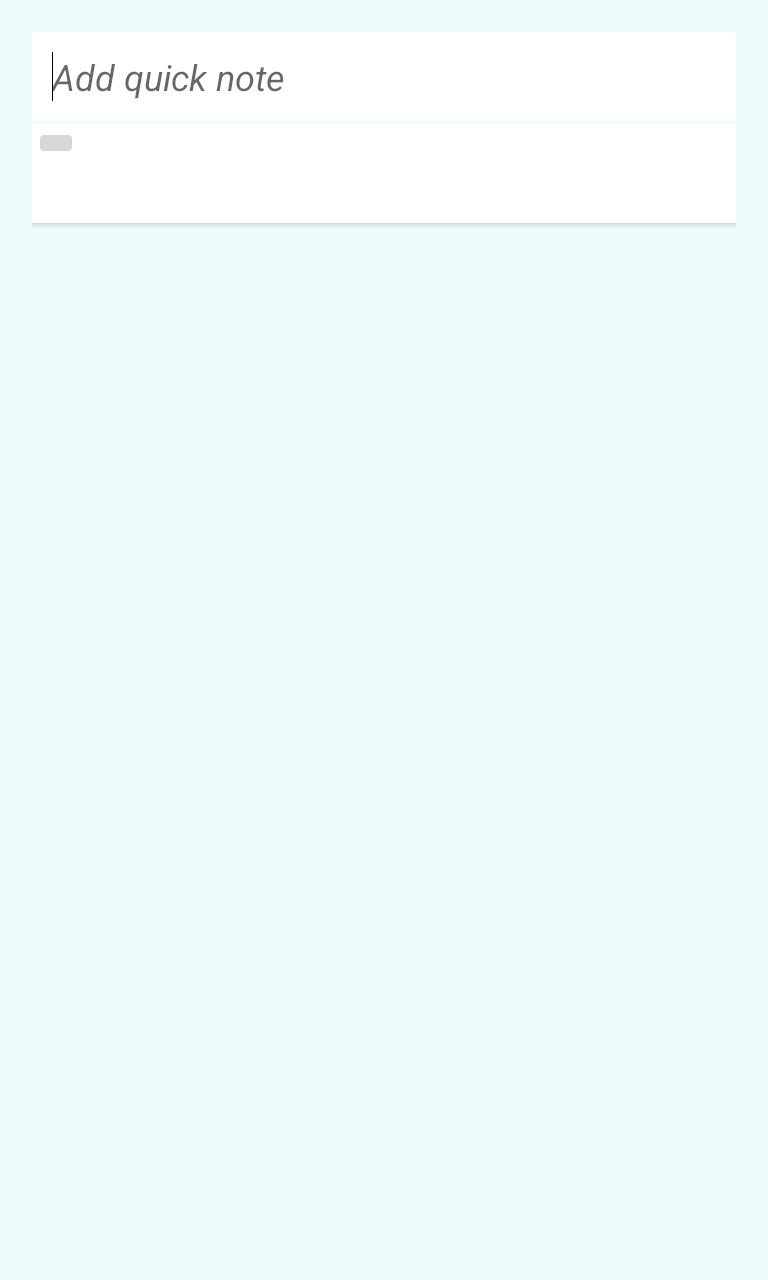
Repository: ishwormali/practices
Layout: Android/GoogleKeep/GoogleKeep/res/layout/fragment_main.xml
An editor plug-in stored every save of this project. The layout is shown before and after the next save, followed by the edit.
It is drawn on a 768 x 1280 px phone screen (xhdpi) without system bars, with theme Theme.Orangeboom; the app's code is not run. The app's manifest (not shown) leaves right-to-left support off. So textAlignment, textDirection and layoutDirection are ignored, and left and right values win over start and end ones.

Above is the layout before, as saved 2014-04-01 07:23:57.

### Android/GoogleKeep/GoogleKeep/res/layout/fragment_main.xml
<RelativeLayout xmlns:android="http://schemas.android.com/apk/res/android"
    xmlns:tools="http://schemas.android.com/tools"
    android:layout_width="match_parent"
    android:layout_height="match_parent"
    android:paddingBottom="@dimen/activity_vertical_margin"
    android:paddingLeft="@dimen/activity_horizontal_margin"
    android:paddingRight="@dimen/activity_horizontal_margin"
    android:paddingTop="@dimen/activity_vertical_margin"
    tools:context="com.practices.googlekeep.MainActivity$PlaceholderFragment"
    android:background="@color/main_background"
      >

    <LinearLayout
        android:layout_width="match_parent"
        android:layout_height="wrap_content"
        android:layout_alignParentTop="true"
        android:layout_centerHorizontal="true"
        android:background="@drawable/area_container"
        android:orientation="vertical" >

        <EditText
            android:id="@+id/text_quicknote"
            android:layout_width="match_parent"
            android:layout_height="wrap_content"
            android:ems="10"  android:hint="@string/add_quick_note"
            android:background="@drawable/edit_box"
            android:textColor="@android:color/black"
android:textCursorDrawable="@null" android:padding="10dp"
             >

            <requestFocus />
        </EditText>
        <View
android:layout_width="fill_parent"
android:layout_height="1dip"
android:background="@color/main_background" />


        <LinearLayout android:layout_width="fill_parent"
            android:layout_height="50dp"
             >
            <ImageButton android:layout_width="wrap_content"
                android:layout_height="wrap_content"
                android:drawableStart="@drawable/ico_linedpaper32"
                />
        </LinearLayout>

         <View
    android:id="@+id/divider"
    android:background="@drawable/drop_shadow"
    android:layout_width="match_parent"
    android:layout_height="3sp"
     />
    </LinearLayout>

</RelativeLayout>

### Android/GoogleKeep/GoogleKeep/res/values-v14/themes.xml
<?xml version="1.0" encoding="utf-8"?>
<!-- File created by the Android Action Bar Style Generator

     Copyright (C) 2011 The Android Open Source Project
     Copyright (C) 2012 readyState Software Ltd

     Licensed under the Apache License, Version 2.0 (the "License");
     you may not use this file except in compliance with the License.
     You may obtain a copy of the License at

          http://www.apache.org/licenses/LICENSE-2.0

     Unless required by applicable law or agreed to in writing, software
     distributed under the License is distributed on an "AS IS" BASIS,
     WITHOUT WARRANTIES OR CONDITIONS OF ANY KIND, either express or implied.
     See the License for the specific language governing permissions and
     limitations under the License.
-->

<resources xmlns:android="http://schemas.android.com/apk/res/android">

    <style name="Theme.Orangeboom" parent="@style/Theme.AppCompat.Light">
        <item name="android:actionBarItemBackground">@drawable/selectable_background_orangeboom</item>
        <item name="android:popupMenuStyle">@style/PopupMenu.Orangeboom</item>
        <item name="android:dropDownListViewStyle">@style/DropDownListView.Orangeboom</item>
        <item name="android:actionBarTabStyle">@style/ActionBarTabStyle.Orangeboom</item>
        <item name="android:actionDropDownStyle">@style/DropDownNav.Orangeboom</item>
        <item name="android:actionBarStyle">@style/ActionBar.Solid.Orangeboom</item>
        <item name="android:actionModeBackground">@drawable/cab_background_top_orangeboom</item>
        <item name="android:actionModeSplitBackground">@drawable/cab_background_bottom_orangeboom</item>
        <item name="android:actionModeCloseButtonStyle">@style/ActionButton.CloseMode.Orangeboom</item>
         <item name="actionMenuTextColor">@android:color/white</item>

    </style>

    <style name="ActionBar.Solid.Orangeboom" parent="@style/Widget.AppCompat.Light.ActionBar.Solid">
        <item name="android:background">@drawable/ab_solid_orangeboom</item>
        <item name="android:backgroundStacked">@drawable/ab_stacked_solid_orangeboom</item>
        <item name="android:backgroundSplit">@drawable/ab_bottom_solid_orangeboom</item>
        <item name="android:progressBarStyle">@style/ProgressBar.Orangeboom</item>
       <item name="android:titleTextStyle">@style/ActionBar.TextStyle.Orangeboom</item>
<!--        <item name="android:logo">@drawable/text_x_todo</item> -->
    </style>

    <style name="ActionBar.TextStyle.Orangeboom"
           parent="@style/TextAppearance.AppCompat.Widget.ActionBar.Title">
        <item name="android:textColor">@android:color/white</item>
    </style>

    <style name="ActionBar.Transparent.Orangeboom" parent="@style/Widget.AppCompat.Light.ActionBar">
        <item name="android:background">@drawable/ab_transparent_orangeboom</item>
        <item name="android:progressBarStyle">@style/ProgressBar.Orangeboom</item>
    </style>

    <!-- this style is only referenced in a Light.DarkActionBar based theme -->
    <style name="Theme.Orangeboom.Widget" parent="@style/Theme.AppCompat">
        <item name="android:popupMenuStyle">@style/PopupMenu.Orangeboom</item>
        <item name="android:dropDownListViewStyle">@style/DropDownListView.Orangeboom</item>
    </style>

</resources>

### Android/GoogleKeep/GoogleKeep/res/values/themes.xml
<?xml version="1.0" encoding="utf-8"?>
<!-- File created by the Android Action Bar Style Generator

     Copyright (C) 2011 The Android Open Source Project
     Copyright (C) 2012 readyState Software Ltd

     Licensed under the Apache License, Version 2.0 (the "License");
     you may not use this file except in compliance with the License.
     You may obtain a copy of the License at

          http://www.apache.org/licenses/LICENSE-2.0

     Unless required by applicable law or agreed to in writing, software
     distributed under the License is distributed on an "AS IS" BASIS,
     WITHOUT WARRANTIES OR CONDITIONS OF ANY KIND, either express or implied.
     See the License for the specific language governing permissions and
     limitations under the License.
-->

<resources xmlns:android="http://schemas.android.com/apk/res/android">

    <style name="Theme.Orangeboom" parent="@style/Theme.AppCompat.Light">
        <item name="actionBarItemBackground">@drawable/selectable_background_orangeboom</item>
        <item name="popupMenuStyle">@style/PopupMenu.Orangeboom</item>
        <item name="dropDownListViewStyle">@style/DropDownListView.Orangeboom</item>
        <item name="actionBarTabStyle">@style/ActionBarTabStyle.Orangeboom</item>
        <item name="actionDropDownStyle">@style/DropDownNav.Orangeboom</item>
        <item name="actionBarStyle">@style/ActionBar.Solid.Orangeboom</item>
        <item name="actionModeBackground">@drawable/cab_background_top_orangeboom</item>
        <item name="actionModeSplitBackground">@drawable/cab_background_bottom_orangeboom</item>
        <item name="actionModeCloseButtonStyle">@style/ActionButton.CloseMode.Orangeboom</item>
 <item name="actionMenuTextColor">@android:color/white</item>


    </style>

    <style name="ActionBar.Solid.Orangeboom" parent="@style/Widget.AppCompat.Light.ActionBar.Solid">
        <item name="background">@drawable/ab_solid_orangeboom</item>
        <item name="backgroundStacked">@drawable/ab_stacked_solid_orangeboom</item>
        <item name="backgroundSplit">@drawable/ab_bottom_solid_orangeboom</item>
        <item name="progressBarStyle">@style/ProgressBar.Orangeboom</item>
         <item name="titleTextStyle">@style/ActionBar.TextStyle.Orangeboom</item>
<!--          <item name="logo">@drawable/text_x_todo</item> -->
    </style>

     <style name="ActionBar.TextStyle.Orangeboom"
           parent="@style/TextAppearance.AppCompat.Widget.ActionBar.Title">
        <item name="android:textColor">@android:color/white</item>
    </style>

    <style name="ActionBar.Transparent.Orangeboom" parent="@style/Widget.AppCompat.Light.ActionBar">
        <item name="background">@drawable/ab_transparent_orangeboom</item>
        <item name="progressBarStyle">@style/ProgressBar.Orangeboom</item>
    </style>

    <style name="PopupMenu.Orangeboom" parent="@style/Widget.AppCompat.Light.PopupMenu">
        <item name="android:popupBackground">@drawable/menu_dropdown_panel_orangeboom</item>
    </style>

    <style name="DropDownListView.Orangeboom" parent="@style/Widget.AppCompat.Light.ListView.DropDown">
        <item name="android:listSelector">@drawable/selectable_background_orangeboom</item>
    </style>

    <style name="ActionBarTabStyle.Orangeboom" parent="@style/Widget.AppCompat.Light.ActionBar.TabView">
        <item name="android:background">@drawable/tab_indicator_ab_orangeboom</item>
        <item name="android:textColor">@android:color/white</item>
    </style>

    <style name="DropDownNav.Orangeboom" parent="@style/Widget.AppCompat.Light.Spinner.DropDown.ActionBar">
        <item name="android:background">@drawable/spinner_background_ab_orangeboom</item>
        <item name="android:popupBackground">@drawable/menu_dropdown_panel_orangeboom</item>
        <item name="android:dropDownSelector">@drawable/selectable_background_orangeboom</item>
    </style>

    <style name="ProgressBar.Orangeboom" parent="@style/Widget.AppCompat.ProgressBar.Horizontal">
        <item name="android:progressDrawable">@drawable/progress_horizontal_orangeboom</item>
    </style>

    <style name="ActionButton.CloseMode.Orangeboom" parent="@style/Widget.AppCompat.Light.ActionButton.CloseMode">
        <item name="android:background">@drawable/btn_cab_done_orangeboom</item>
    </style>

    <!-- this style is only referenced in a Light.DarkActionBar based theme -->
    <style name="Theme.Orangeboom.Widget" parent="@style/Theme.AppCompat">
        <item name="popupMenuStyle">@style/PopupMenu.Orangeboom</item>
        <item name="dropDownListViewStyle">@style/DropDownListView.Orangeboom</item>
    </style>

</resources>

### Android/GoogleKeep/GoogleKeep/res/drawable/selectable_background_orangeboom.xml
<?xml version="1.0" encoding="utf-8"?>
<!-- File created by the Android Action Bar Style Generator

     Copyright (C) 2011 The Android Open Source Project
     Copyright (C) 2012 readyState Software Ltd

     Licensed under the Apache License, Version 2.0 (the "License");
     you may not use this file except in compliance with the License.
     You may obtain a copy of the License at

          http://www.apache.org/licenses/LICENSE-2.0

     Unless required by applicable law or agreed to in writing, software
     distributed under the License is distributed on an "AS IS" BASIS,
     WITHOUT WARRANTIES OR CONDITIONS OF ANY KIND, either express or implied.
     See the License for the specific language governing permissions and
     limitations under the License.
-->

<selector xmlns:android="http://schemas.android.com/apk/res/android"
        android:exitFadeDuration="@android:integer/config_mediumAnimTime" >
    <item android:state_pressed="false" android:state_focused="true" android:drawable="@drawable/list_focused_orangeboom" />
    <item android:state_pressed="true" android:drawable="@drawable/list_pressed_orangeboom" />
    <item android:drawable="@android:color/transparent" />
</selector>

### Android/GoogleKeep/GoogleKeep/res/drawable/btn_cab_done_orangeboom.xml
<?xml version="1.0" encoding="utf-8"?>
<!-- File created by the Android Action Bar Style Generator

     Copyright (C) 2011 The Android Open Source Project
     Copyright (C) 2012 readyState Software Ltd

     Licensed under the Apache License, Version 2.0 (the "License");
     you may not use this file except in compliance with the License.
     You may obtain a copy of the License at

          http://www.apache.org/licenses/LICENSE-2.0

     Unless required by applicable law or agreed to in writing, software
     distributed under the License is distributed on an "AS IS" BASIS,
     WITHOUT WARRANTIES OR CONDITIONS OF ANY KIND, either express or implied.
     See the License for the specific language governing permissions and
     limitations under the License.
-->

<selector xmlns:android="http://schemas.android.com/apk/res/android">
    <item android:state_pressed="true"
        android:drawable="@drawable/btn_cab_done_pressed_orangeboom" />
    <item android:state_focused="true" android:state_enabled="true"
        android:drawable="@drawable/btn_cab_done_focused_orangeboom" />
    <item android:state_enabled="true"
        android:drawable="@drawable/btn_cab_done_default_orangeboom" />
</selector>

### Android/GoogleKeep/GoogleKeep/res/drawable/progress_horizontal_orangeboom.xml
<?xml version="1.0" encoding="utf-8"?>
<!-- File created by the Android Action Bar Style Generator

     Copyright (C) 2011 The Android Open Source Project
     Copyright (C) 2012 readyState Software Ltd

     Licensed under the Apache License, Version 2.0 (the "License");
     you may not use this file except in compliance with the License.
     You may obtain a copy of the License at

          http://www.apache.org/licenses/LICENSE-2.0

     Unless required by applicable law or agreed to in writing, software
     distributed under the License is distributed on an "AS IS" BASIS,
     WITHOUT WARRANTIES OR CONDITIONS OF ANY KIND, either express or implied.
     See the License for the specific language governing permissions and
     limitations under the License.
-->

<layer-list xmlns:android="http://schemas.android.com/apk/res/android">

    <item android:id="@android:id/background"
          android:drawable="@drawable/progress_bg_orangeboom" />

    <item android:id="@android:id/secondaryProgress">
        <scale android:scaleWidth="100%"
               android:drawable="@drawable/progress_secondary_orangeboom" />
    </item>

    <item android:id="@android:id/progress">
        <scale android:scaleWidth="100%"
               android:drawable="@drawable/progress_primary_orangeboom" />
    </item>

</layer-list>

### Android/GoogleKeep/GoogleKeep/res/drawable/spinner_background_ab_orangeboom.xml
<?xml version="1.0" encoding="utf-8"?>
<!-- File created by the Android Action Bar Style Generator

     Copyright (C) 2011 The Android Open Source Project
     Copyright (C) 2012 readyState Software Ltd

     Licensed under the Apache License, Version 2.0 (the "License");
     you may not use this file except in compliance with the License.
     You may obtain a copy of the License at

          http://www.apache.org/licenses/LICENSE-2.0

     Unless required by applicable law or agreed to in writing, software
     distributed under the License is distributed on an "AS IS" BASIS,
     WITHOUT WARRANTIES OR CONDITIONS OF ANY KIND, either express or implied.
     See the License for the specific language governing permissions and
     limitations under the License.
-->

<selector xmlns:android="http://schemas.android.com/apk/res/android">
    <item android:state_enabled="false"
        android:drawable="@drawable/spinner_ab_disabled_orangeboom" />
    <item android:state_pressed="true"
        android:drawable="@drawable/spinner_ab_pressed_orangeboom" />
    <item android:state_pressed="false" android:state_focused="true"
        android:drawable="@drawable/spinner_ab_focused_orangeboom" />
    <item android:drawable="@drawable/spinner_ab_default_orangeboom" />
</selector>

### Android/GoogleKeep/GoogleKeep/res/drawable/tab_indicator_ab_orangeboom.xml
<?xml version="1.0" encoding="utf-8"?>
<!-- File created by the Android Action Bar Style Generator

     Copyright (C) 2011 The Android Open Source Project
     Copyright (C) 2012 readyState Software Ltd

     Licensed under the Apache License, Version 2.0 (the "License");
     you may not use this file except in compliance with the License.
     You may obtain a copy of the License at

          http://www.apache.org/licenses/LICENSE-2.0

     Unless required by applicable law or agreed to in writing, software
     distributed under the License is distributed on an "AS IS" BASIS,
     WITHOUT WARRANTIES OR CONDITIONS OF ANY KIND, either express or implied.
     See the License for the specific language governing permissions and
     limitations under the License.
-->

<selector xmlns:android="http://schemas.android.com/apk/res/android">
    <!-- Non focused states -->
    <item android:state_focused="false" android:state_selected="false" android:state_pressed="false" android:drawable="@android:color/transparent" />
    <item android:state_focused="false" android:state_selected="true"  android:state_pressed="false" android:drawable="@drawable/tab_selected_orangeboom" />

    <!-- Focused states -->
    <item android:state_focused="true" android:state_selected="false" android:state_pressed="false" android:drawable="@drawable/tab_unselected_focused_orangeboom" />
    <item android:state_focused="true" android:state_selected="true"  android:state_pressed="false" android:drawable="@drawable/tab_selected_focused_orangeboom" />

    <!-- Pressed -->
    <!--    Non focused states -->
    <item android:state_focused="false" android:state_selected="false" android:state_pressed="true" android:drawable="@drawable/tab_unselected_pressed_orangeboom" />
    <item android:state_focused="false" android:state_selected="true"  android:state_pressed="true" android:drawable="@drawable/tab_selected_pressed_orangeboom" />

    <!--    Focused states -->
    <item android:state_focused="true" android:state_selected="false" android:state_pressed="true" android:drawable="@drawable/tab_unselected_pressed_orangeboom" />
    <item android:state_focused="true" android:state_selected="true"  android:state_pressed="true" android:drawable="@drawable/tab_selected_pressed_orangeboom" />
</selector>

### Android/GoogleKeep/GoogleKeep/res/values/dimens.xml
<resources>

    <!-- Default screen margins, per the Android Design guidelines. -->
    <dimen name="activity_horizontal_margin">16dp</dimen>
    <dimen name="activity_vertical_margin">16dp</dimen>

</resources>

### Android/GoogleKeep/GoogleKeep/res/values/Color.xml
<?xml version="1.0" encoding="utf-8"?>
<resources>
    <color name="main_background">#EDFDFD</color>
    <color name="area_container_background">#FFFFFF</color>

</resources>

### Android/GoogleKeep/GoogleKeep/res/drawable/area_container.xml
<?xml version="1.0" encoding="utf-8"?>
<shape xmlns:android="http://schemas.android.com/apk/res/android"

    >
    <solid android:color="@color/area_container_background"/>

</shape>

### Android/GoogleKeep/GoogleKeep/res/values/strings.xml
<?xml version="1.0" encoding="utf-8"?>
<resources>

    <string name="app_name">GoogleKeep</string>
    <string name="hello_world">Hello world!</string>
    <string name="action_settings">Settings</string>
	<string name="add_quick_note"><i>Add quick note</i></string>
</resources>

### Android/GoogleKeep/GoogleKeep/res/drawable/edit_box.xml
<?xml version="1.0" encoding="utf-8"?>
<shape xmlns:android="http://schemas.android.com/apk/res/android"
    android:shape="rectangle"
    android:padding="10dp"
     >

<solid android:color="#FFFFFF"/>

</shape>

### Android/GoogleKeep/GoogleKeep/res/drawable/drop_shadow.xml
<?xml version="1.0" encoding="utf-8"?>
<shape xmlns:android="http://schemas.android.com/apk/res/android" android:shape="rectangle">
  <gradient
    android:startColor="@color/main_background"

    android:endColor="#d3d7cf"
    android:angle="90" />
</shape>

Loaded but not shown: Android/GoogleKeep/GoogleKeep/res/values-w820dp/dimens.xml (common file)

After the next save:
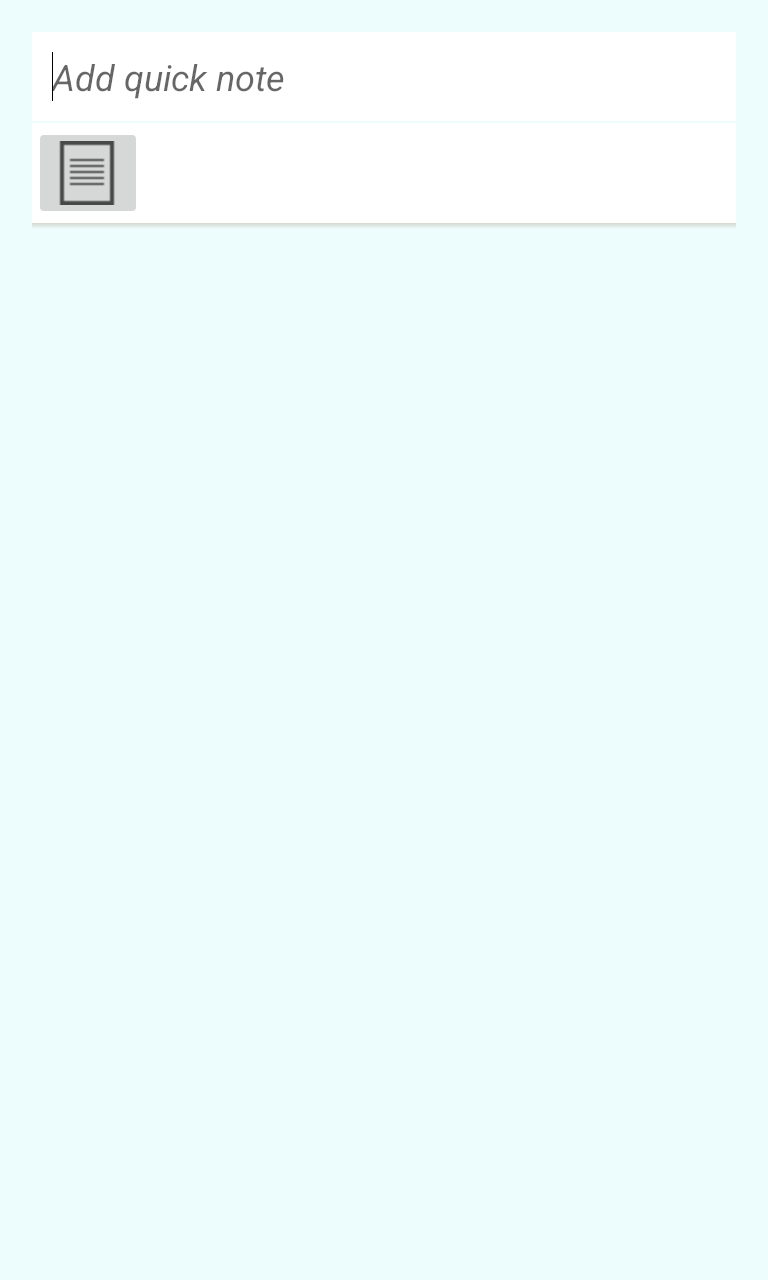
Saved 15 s later.
--- a/Android/GoogleKeep/GoogleKeep/res/layout/fragment_main.xml
+++ b/Android/GoogleKeep/GoogleKeep/res/layout/fragment_main.xml
@@ -41,7 +41,7 @@ android:background="@color/main_background" />
              >
             <ImageButton android:layout_width="wrap_content"
                 android:layout_height="wrap_content"
-                android:drawableStart="@drawable/ico_linedpaper32"
+                android:src="@drawable/ico_linedpaper32"
                 />
         </LinearLayout>
 
